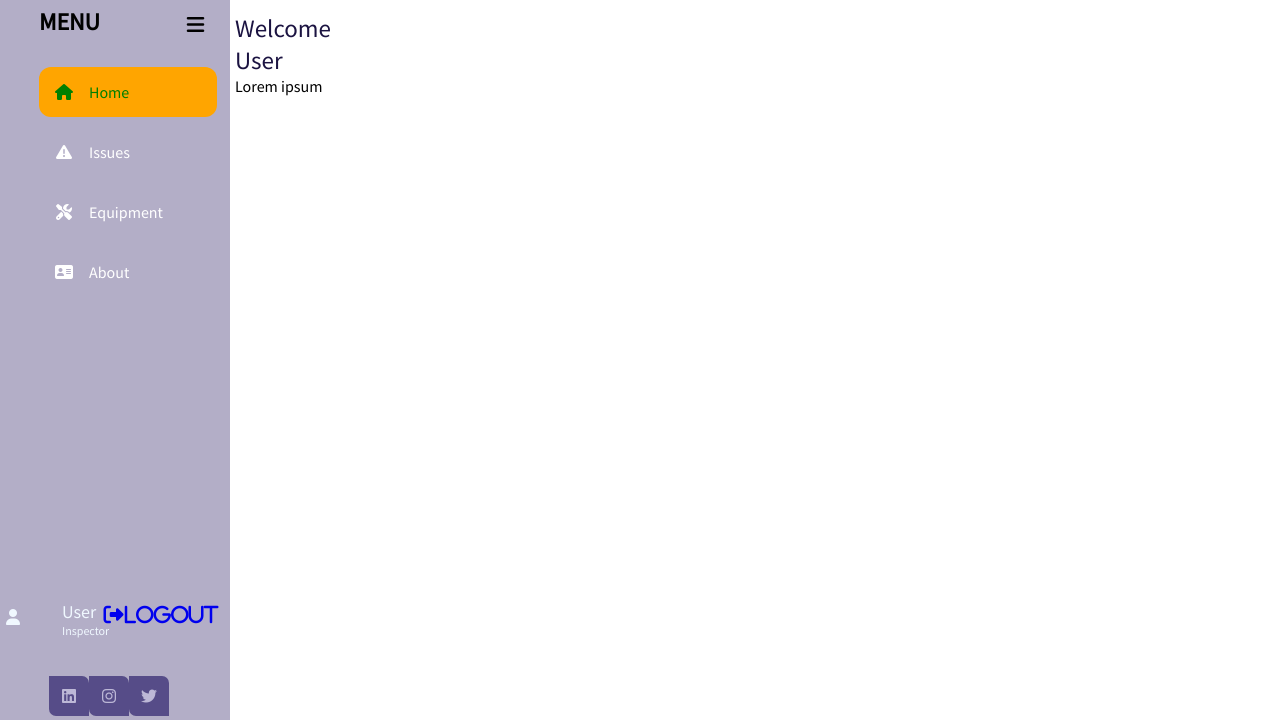
Repository: Lungdjos/ZescoIssueTS
Page: zits/src/main/resources/templates/about_us.html
The author's editor kept a copy of each file at every save. The page is drawn from the files as they stood at one save, then again after a run of saves.
The browser window is 1280 px wide. The pictures show the whole page.
The pointer rests on the first visible `.sidebar ul li a`.
Some web libraries are served in a nearby version.

Above is the page before, as saved 2021-07-10 04:38:32.

After the next 2 saves:
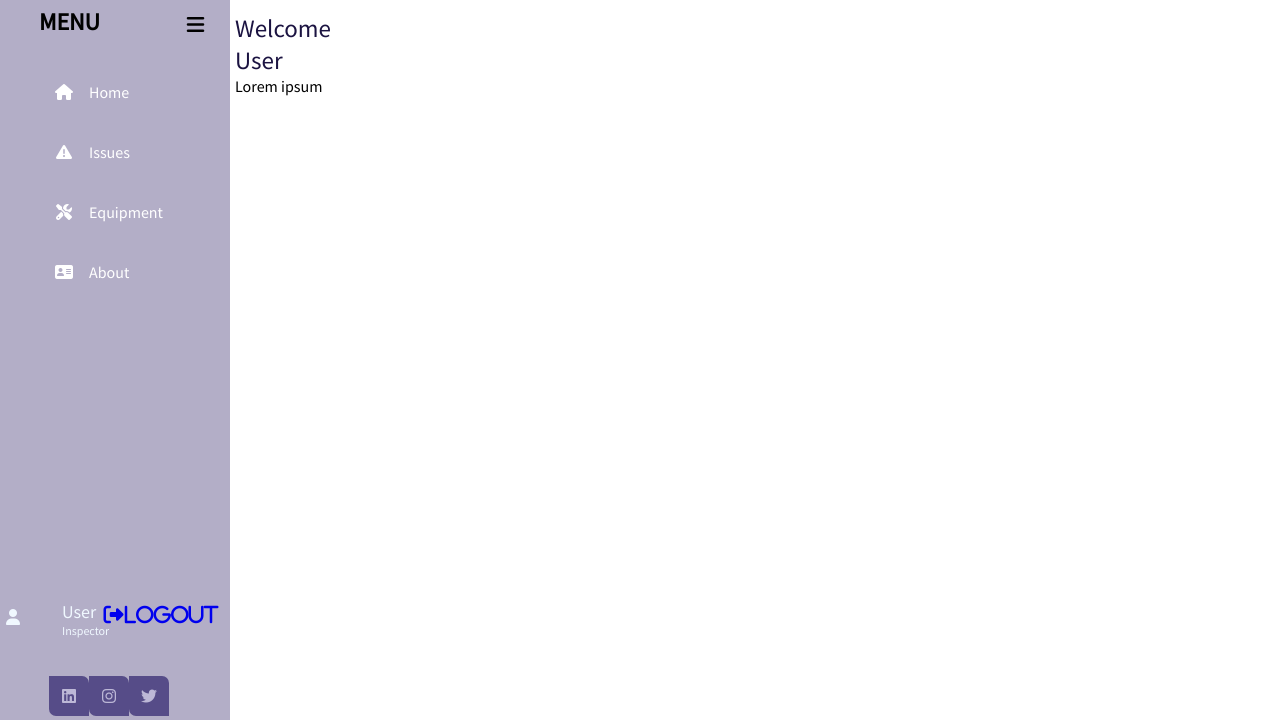
The 2 saves are shown as one change because they came seconds apart.
The last was saved 34 s later.
--- a/zits/src/main/resources/templates/css/styles.css
+++ b/zits/src/main/resources/templates/css/styles.css
@@ -96,7 +96,7 @@
     border-radius: 12px;
 }
 
-.sidebar ul li a:hover {
+.sidebar ul li a ..sidebar ul li a:hover {
     color: green;
     background: orange;
 }
